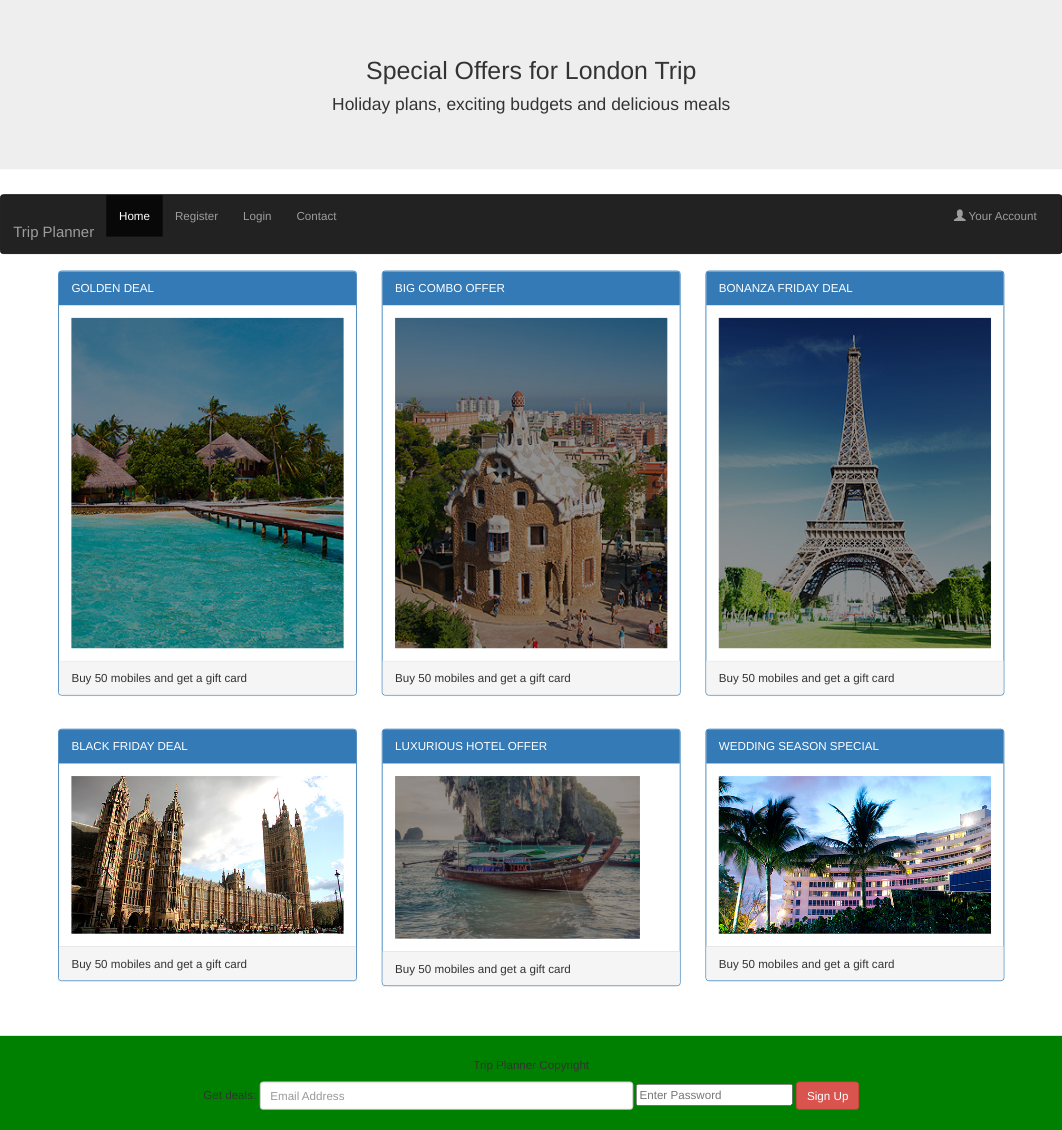
Repository: NanSin21/Mytourism-Website
Page: http://localhost/toursandtravelsmanagement/london.jsp
The author's editor kept a copy of each file at every save. The page is drawn from the files as they stood at one save, then again after the next save.
The browser window is 1280 px wide. The pictures show the whole page, at 83% of full size.
The page is served by Tomcat 9.

Above is the page before, as saved 2018-07-23 05:53:23.

After the next save:
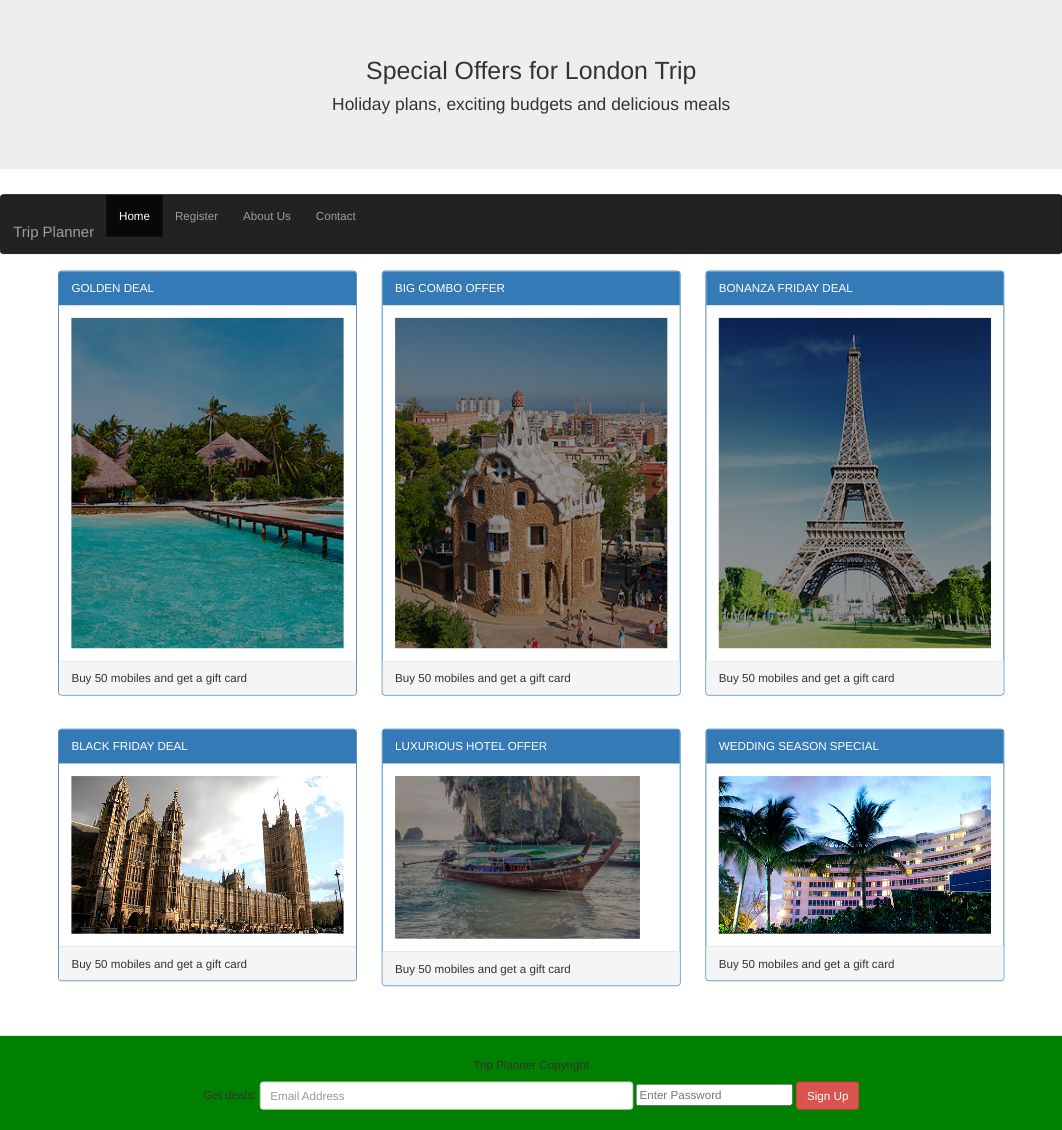
Saved 117 s later.
--- a/toursandtravelsmanagement/WebContent/london.jsp
+++ b/toursandtravelsmanagement/WebContent/london.jsp
@@ -47,13 +47,13 @@
       <ul class="nav navbar-nav">
         <li class="active"><a href="TripPlaces/london.jsp">Home</a></li>
         <li><a href="registration.jsp">Register</a></li>
-        <li><a href="login.jsp">Login</a></li>
+        <li><a href="about.jsp">About Us</a></li>
         <li><a href="contact.jsp">Contact</a></li>
       </ul>
-      <ul class="nav navbar-nav navbar-right">
+     <!--  <ul class="nav navbar-nav navbar-right">
         <li><a href="profile.jsp"><span class="glyphicon glyphicon-user"></span> Your Account</a></li>
-      <!--   <li><a href="#"><span class="glyphicon glyphicon-shopping-cart"></span> Cart</a></li> -->
-      </ul>
+        <li><a href="#"><span class="glyphicon glyphicon-shopping-cart"></span> Cart</a></li>
+      </ul> -->
     </div>
   </div>
 </nav>
